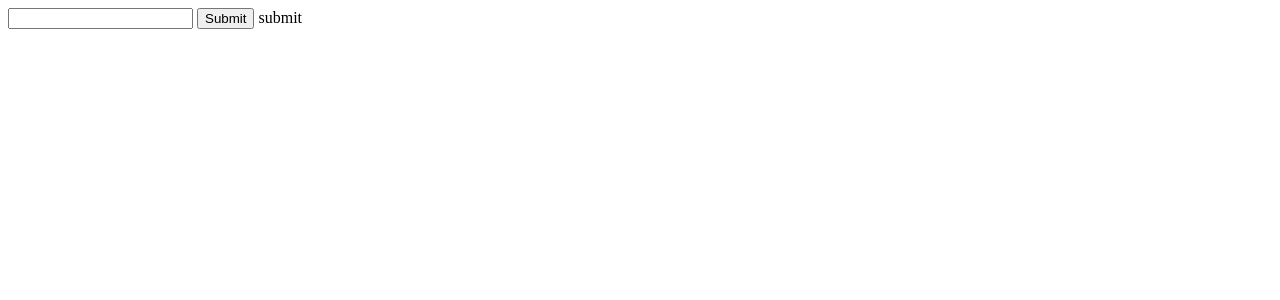
Repository: adiganaveen/Servlets
Page: LoginRegistrationApp/WebContent/index.html
The author's editor kept a copy of each file at every save. The page is drawn from the files as they stood at one save, then again after the next save.
The browser window is 1280 px wide. The pictures show the whole page.

Above is the page before, as saved 2019-01-22 06:23:18.

After the next save:
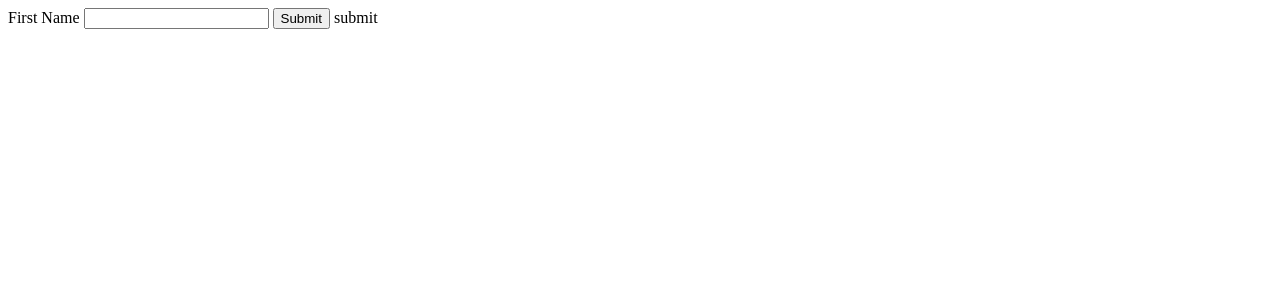
Saved 18 min 43 s later.
--- a/LoginRegistrationApp/WebContent/index.html
+++ b/LoginRegistrationApp/WebContent/index.html
@@ -6,6 +6,7 @@
 </head>
 <body>
 <form action="login" method="post">
+<label>First Name</label>
 <input type="text" name="name">
 </input>
 <input type="submit" > submit</input>
